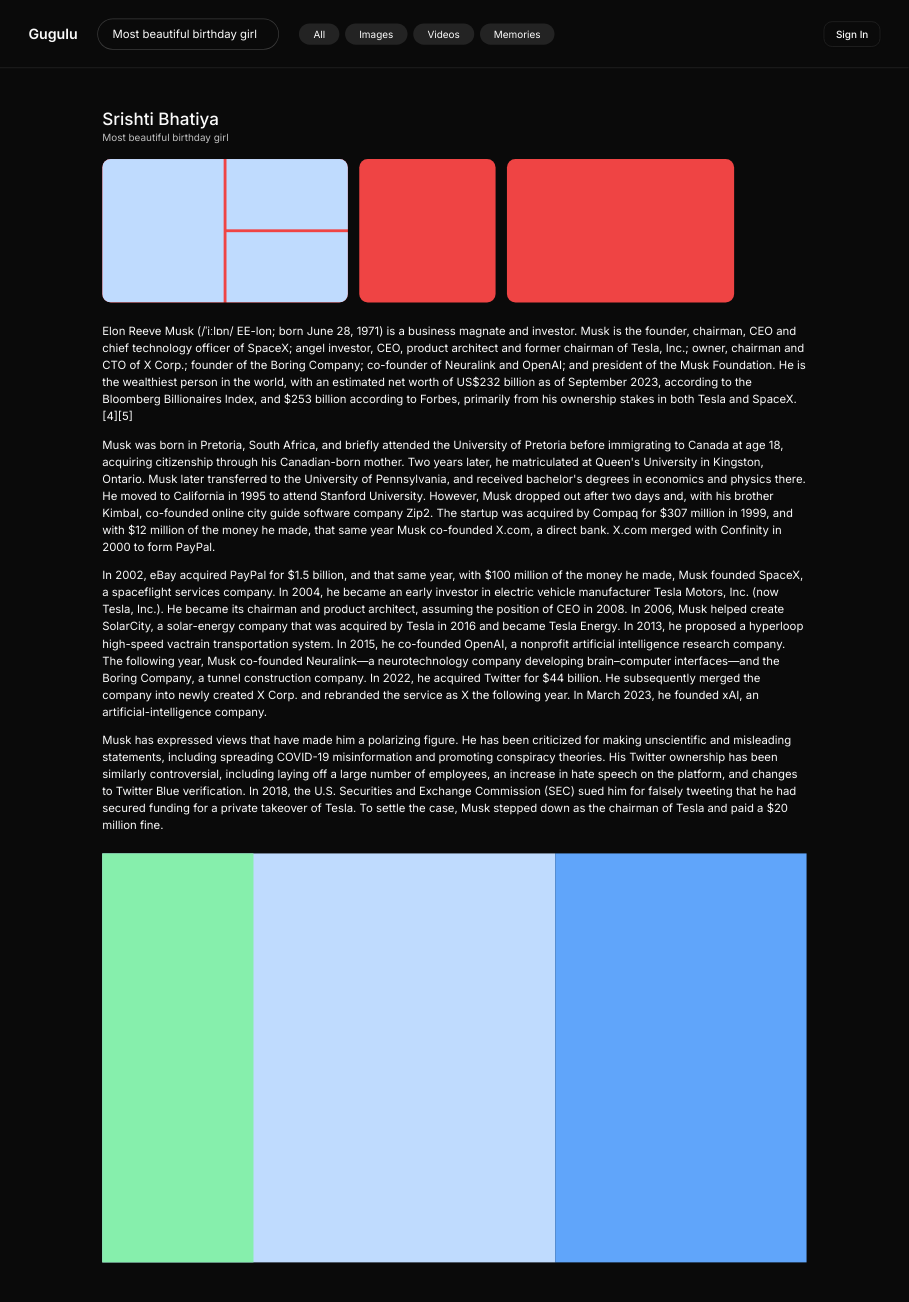
Repository: Harshgoel17/anshfinal
Page: /srishti
These files come from the project's save history. The page is drawn as it stood at one moment and after the next save; the edit follows.
The browser window is 1280 px wide. The pictures show the whole page, at 71% of full size.
The project was rebuilt for these pictures with package versions that can differ from the ones it lists, and the page was loaded fresh each time. The framework's server and built-in components were replaced by stand-ins that run in the browser. Also part of the build but not shown: next.config.js.

Above is the page before, as saved 2023-10-04 21:03:58.

### app/srishti/page.jsx
import Gallery from '@/components/Gallery'
import Navbar from '@/components/Navbar'
import React from 'react'

const page = () => {
  return (
    <div className='overflow-x-hidden'>
        <Navbar />
        <div className='py-14 px-36 gap-5 flex flex-col'>
            <div>
                <h1 className='text-2xl font-medium'>Srishti Bhatiya</h1>
                <p className='text-sm opacity-75'>Most beautiful birthday girl</p>
            </div>

            <div className='flex items-center gap-4'>
                <div className='bg-red-500 lg:w-[27vw] h-[28vh]  rounded-xl flex gap-1 overflow-hidden'>
                    <span className='bg-blue-200 w-[50%] h-full'></span>

                    <div className='flex flex-col gap-1 w-[50%] h-full'>
                        <span className='bg-blue-200 h-[50%] w-full'></span>
                        <span className='bg-blue-200 h-[50%] w-full'></span>
                    </div>
                </div>

                <div className='bg-red-500 lg:w-[15vw] h-[28vh]  rounded-xl flex gap-1 overflow-hidden'>

                </div>

                <div className='bg-red-500 lg:w-[25vw] h-[28vh]  rounded-xl flex gap-1 overflow-hidden'>

                </div>
            </div>

            <div className='text-lol py-2 flex flex-col gap-4'>
                <p>
                Elon Reeve Musk (/ˈiːlɒn/ EE-lon; born June 28, 1971) is a business magnate and investor. Musk is the founder, chairman, CEO and chief technology officer of SpaceX; angel investor, CEO, product architect and former chairman of Tesla, Inc.; owner, chairman and CTO of X Corp.; founder of the Boring Company; co-founder of Neuralink and OpenAI; and president of the Musk Foundation. He is the wealthiest person in the world, with an estimated net worth of US$232 billion as of September 2023, according to the Bloomberg Billionaires Index, and $253 billion according to Forbes, primarily from his ownership stakes in both Tesla and SpaceX.[4][5]


                </p>

                <p>
                Musk was born in Pretoria, South Africa, and briefly attended the University of Pretoria before immigrating to Canada at age 18, acquiring citizenship through his Canadian-born mother. Two years later, he matriculated at Queen's University in Kingston, Ontario. Musk later transferred to the University of Pennsylvania, and received bachelor's degrees in economics and physics there. He moved to California in 1995 to attend Stanford University. However, Musk dropped out after two days and, with his brother Kimbal, co-founded online city guide software company Zip2. The startup was acquired by Compaq for $307 million in 1999, and with $12 million of the money he made, that same year Musk co-founded X.com, a direct bank. X.com merged with Confinity in 2000 to form PayPal.

                </p>

                <p>
                In 2002, eBay acquired PayPal for $1.5 billion, and that same year, with $100 million of the money he made, Musk founded SpaceX, a spaceflight services company. In 2004, he became an early investor in electric vehicle manufacturer Tesla Motors, Inc. (now Tesla, Inc.). He became its chairman and product architect, assuming the position of CEO in 2008. In 2006, Musk helped create SolarCity, a solar-energy company that was acquired by Tesla in 2016 and became Tesla Energy. In 2013, he proposed a hyperloop high-speed vactrain transportation system. In 2015, he co-founded OpenAI, a nonprofit artificial intelligence research company. The following year, Musk co-founded Neuralink—a neurotechnology company developing brain–computer interfaces—and the Boring Company, a tunnel construction company. In 2022, he acquired Twitter for $44 billion. He subsequently merged the company into newly created X Corp. and rebranded the service as X the following year. In March 2023, he founded xAI, an artificial-intelligence company.


                </p>

                <p>
                Musk has expressed views that have made him a polarizing figure. He has been criticized for making unscientific and misleading statements, including spreading COVID-19 misinformation and promoting conspiracy theories. His Twitter ownership has been similarly controversial, including laying off a large number of employees, an increase in hate speech on the platform, and changes to Twitter Blue verification. In 2018, the U.S. Securities and Exchange Commission (SEC) sued him for falsely tweeting that he had secured funding for a private takeover of Tesla. To settle the case, Musk stepped down as the chairman of Tesla and paid a $20 million fine.
                </p>
            </div>

            <Gallery />
        </div>
    </div>
  )
}

export default page

### app/globals.css
@tailwind base;
@tailwind components;
@tailwind utilities;

@layer base {
  :root {
    --background: 0 0% 3.9%;
    --foreground: 0 0% 98%;

    --card: 0 0% 3.9%;
    --card-foreground: 0 0% 98%;

    --popover: 0 0% 3.9%;
    --popover-foreground: 0 0% 98%;

    --primary: 0 0% 98%;
    --primary-foreground: 0 0% 9%;

    --secondary: 0 0% 14.9%;
    --secondary-foreground: 0 0% 98%;

    --muted: 0 0% 14.9%;
    --muted-foreground: 0 0% 63.9%;

    --accent: 0 0% 14.9%;
    --accent-foreground: 0 0% 98%;

    --destructive: 0 62.8% 30.6%;
    --destructive-foreground: 0 0% 98%;

    --border: 0 0% 14.9%;
    --input: 0 0% 14.9%;
    --ring: 0 0% 83.1%;
  }

  .dark {
    --background: 0 0% 3.9%;
    --foreground: 0 0% 98%;

    --card: 0 0% 3.9%;
    --card-foreground: 0 0% 98%;

    --popover: 0 0% 3.9%;
    --popover-foreground: 0 0% 98%;

    --primary: 0 0% 98%;
    --primary-foreground: 0 0% 9%;

    --secondary: 0 0% 14.9%;
    --secondary-foreground: 0 0% 98%;

    --muted: 0 0% 14.9%;
    --muted-foreground: 0 0% 63.9%;

    --accent: 0 0% 14.9%;
    --accent-foreground: 0 0% 98%;

    --destructive: 0 62.8% 30.6%;
    --destructive-foreground: 0 0% 98%;

    --border: 0 0% 14.9%;
    --input: 0 0% 14.9%;
    --ring: 0 0% 83.1%;
  }
}

@layer base {
  * {
    @apply border-border;
  }
  body {
    @apply bg-background text-foreground;
  }
}

### components/Gallery.jsx
import React from 'react'

const Gallery = () => {
  return (
    <div className='h-[80vh] flex'>
        <div className='grid grid-cols-3 h-full w-full flex-[1.8]  bg-blue-200'>
            <div className='flex flex-col h-full w-full bg-green-300'>
                <span className=''></span>
            </div>
        </div>

        <div className='flex h-full w-full flex-1  bg-blue-400'>

        </div>
    </div>
  )
}

export default Gallery

### components/Navbar.jsx
import React from 'react'
import { Button } from "@/components/ui/button";

const Navbar = () => {
  return (
    <div className='flex h-24 w-screen items-center justify-between border-b px-10'>
        <div className='flex gap-7 items-center'>
            <h1 className='text-xl font-semibold'>Gugulu</h1>
            <input type="text" className="bg-background border border-foreground/20 rounded-full h-11 w-[20vw] px-5" value={'Most beautiful birthday girl'}/>

            <div className='flex items-center justify-center gap-2 text-sm'>
                <div className='rounded-full bg-foreground/10 px-5 py-[5px] cursor-pointer'>All</div>
                <div className='rounded-full bg-foreground/10 px-5 py-[5px] cursor-pointer'>Images</div>
                <div className='rounded-full bg-foreground/10 px-5 py-[5px] cursor-pointer'>Videos</div>
                <div className='rounded-full bg-foreground/10 px-5 py-[5px] cursor-pointer'>Memories</div>
            </div>
        </div>
        <div className='flex items-center gap-6'>
            <Button variant="outline" className="rounded-xl" >Sign In</Button>
        </div>
    </div>
  )
}

export default Navbar

### components/ui/button.jsx
import * as React from "react"
import { Slot } from "@radix-ui/react-slot"
import { cva } from "class-variance-authority";

import { cn } from "@/lib/utils"

const buttonVariants = cva(
  "inline-flex items-center justify-center rounded-md text-sm font-medium transition-colors focus-visible:outline-none focus-visible:ring-1 focus-visible:ring-ring disabled:pointer-events-none disabled:opacity-50",
  {
    variants: {
      variant: {
        default:
          "bg-primary text-primary-foreground shadow hover:bg-primary/90",
        destructive:
          "bg-destructive text-destructive-foreground shadow-sm hover:bg-destructive/90",
        outline:
          "border border-input bg-transparent shadow-sm hover:bg-accent hover:text-accent-foreground",
        secondary:
          "bg-secondary text-secondary-foreground shadow-sm hover:bg-secondary/80",
        ghost: "hover:bg-accent hover:text-accent-foreground",
        link: "text-primary underline-offset-4 hover:underline",
      },
      size: {
        default: "h-9 px-4 py-2",
        sm: "h-8 rounded-md px-3 text-xs",
        lg: "h-10 rounded-md px-8",
        icon: "h-9 w-9",
      },
    },
    defaultVariants: {
      variant: "default",
      size: "default",
    },
  }
)

const Button = React.forwardRef(({ className, variant, size, asChild = false, ...props }, ref) => {
  const Comp = asChild ? Slot : "button"
  return (
    (<Comp
      className={cn(buttonVariants({ variant, size, className }))}
      ref={ref}
      {...props} />)
  );
})
Button.displayName = "Button"

export { Button, buttonVariants }

Loaded but not shown: app/layout.js (common file); lib/utils.js (common file); tailwind.config.js (common file)

After the next save:
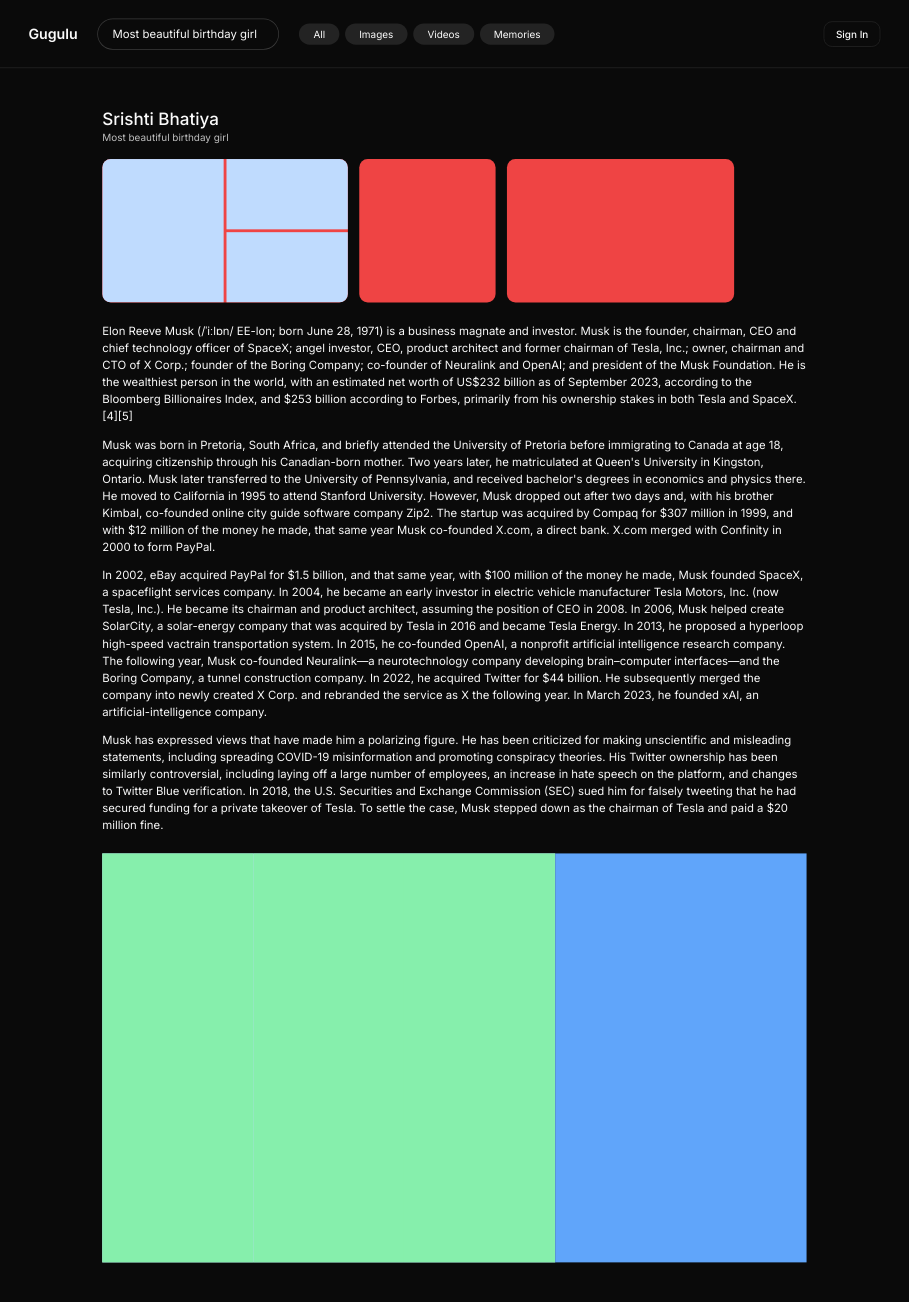
Saved 23 s later.
--- a/components/Gallery.jsx
+++ b/components/Gallery.jsx
@@ -4,6 +4,14 @@
   return (
     <div className='h-[80vh] flex'>
         <div className='grid grid-cols-3 h-full w-full flex-[1.8]  bg-blue-200'>
+            <div className='flex flex-col h-full w-full bg-green-300'>
+                <span className=''></span>
+            </div>
+
+            <div className='flex flex-col h-full w-full bg-green-300'>
+                <span className=''></span>
+            </div>
+
             <div className='flex flex-col h-full w-full bg-green-300'>
                 <span className=''></span>
             </div>
